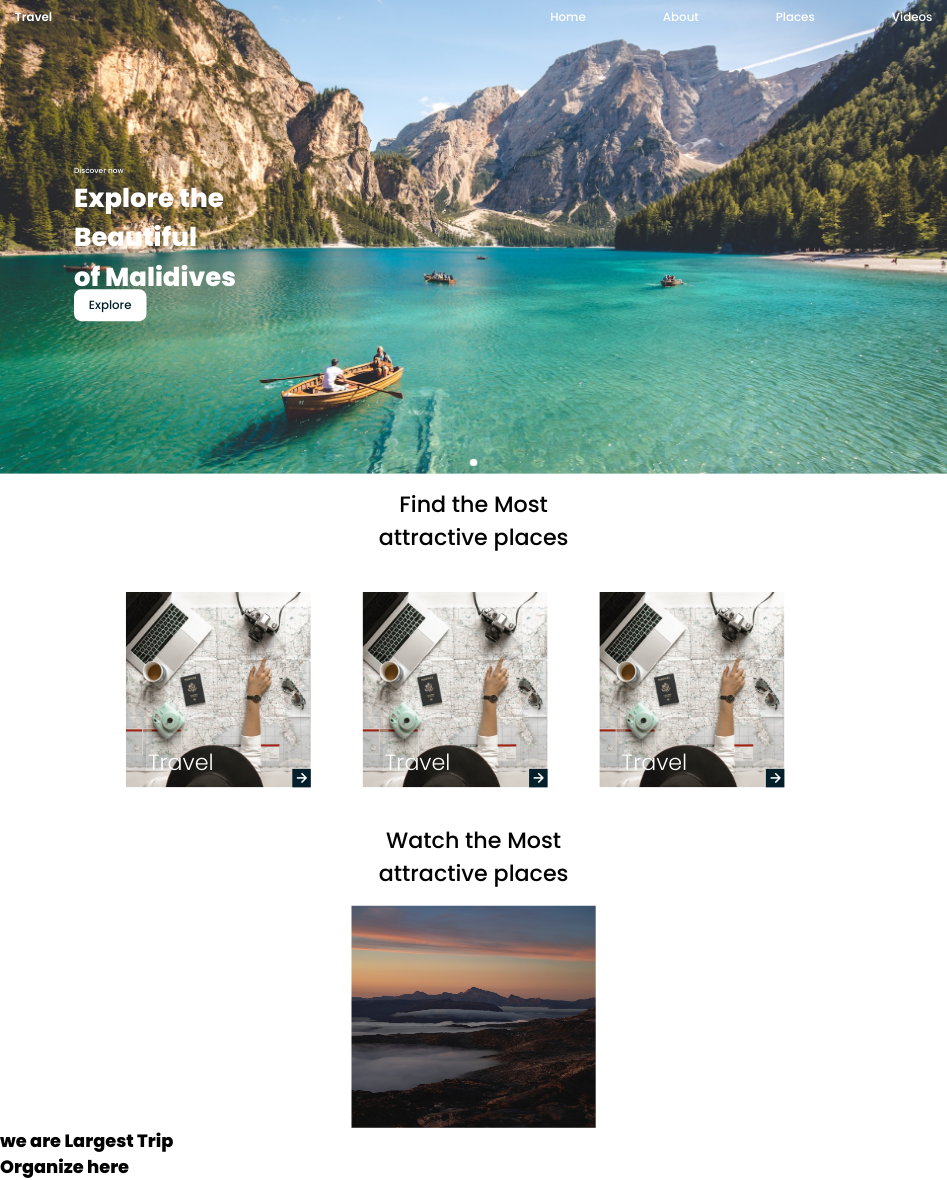
Repository: OmniaRafat232111121/Traveling
Page: index.html
An editor plug-in stored every save of this project. The page is shown before and after a run of saves, followed by the edit.
The browser window is 1280 px wide. The pictures show the whole page, at 74% of full size.

Above is the page before, as saved 2022-12-20 11:50:17.

After the next 5 saves:
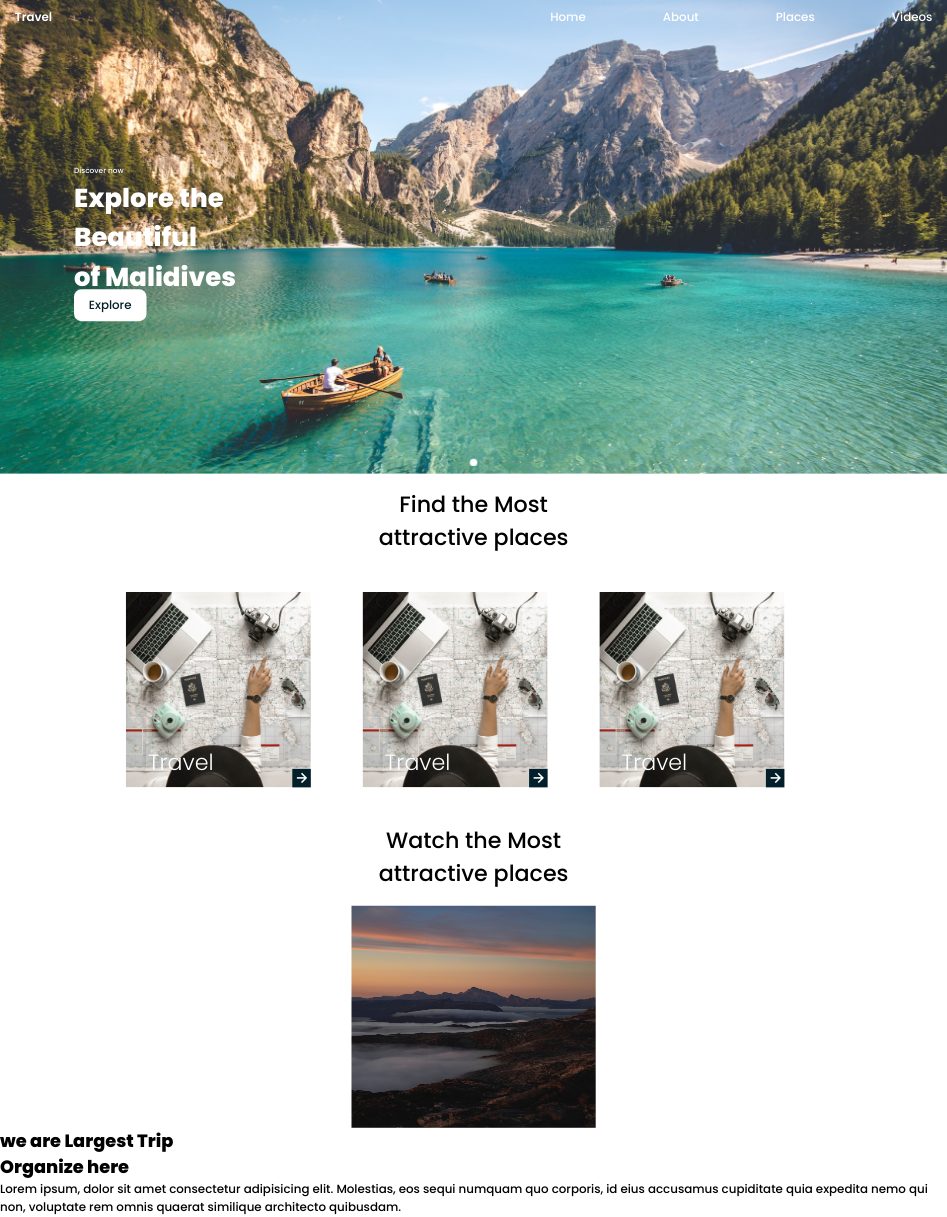
The 5 saves are shown as one change because they came seconds apart.
The last was saved 14 s later.
--- a/index.html
+++ b/index.html
@@ -124,7 +124,8 @@
    <section class="about">
      <div class=" about-heading">
         <h1>we are Largest Trip <br>Organize here</h1>
-
+        <p>Lorem ipsum, dolor sit amet consectetur adipisicing elit. Molestias, eos sequi numquam quo corporis, id eius accusamus cupiditate quia expedita nemo qui non, voluptate
+             rem omnis quaerat similique architecto quibusdam.</p>
    </div>
    </section>
 <!--swiper-->
